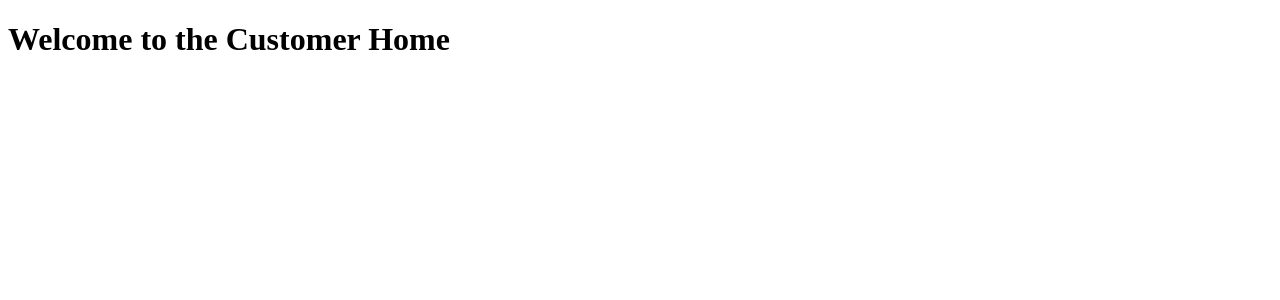
Repository: NguyenHuy-lang/RestaurantMicroserviceFrontEnd
Page: food.html
These files come from the project's save history. The page is drawn as it stood at one moment and after the next save; the edit follows.
The browser window is 1280 px wide. The pictures show the whole page.
The page's requests for data from a server got no answer.

Above is the page before, as saved 2023-06-08 06:49:48.

### food.html
<!DOCTYPE html>
<html>
<head>
  <title>Customer Home</title>
</head>
<body>
  <h1>Welcome to the Customer Home</h1>

  <div id="food-container"></div>

  <script>
    fetch('http://localhost:8082/api/v1/foods')
      .then(response => response.json())
      .then(foods => {
        const tableContainer = document.getElementById('food-container');
        const table = document.createElement('table');
        const tableHead = document.createElement('thead');
        const tableBody = document.createElement('tbody');

        const headerRow = document.createElement('tr');
        const headers = ['ID', 'Name', 'Price', 'Quantity', 'Actions'];
        headers.forEach(header => {
          const th = document.createElement('th');
          th.textContent = header;
          headerRow.appendChild(th);
        });
        tableHead.appendChild(headerRow);
        table.appendChild(tableHead);

        foods.forEach(food => {
          const row = document.createElement('tr');

          const idCell = document.createElement('td');
          idCell.textContent = food.id;
          row.appendChild(idCell);

          const nameCell = document.createElement('td');
          nameCell.textContent = food.name;
          row.appendChild(nameCell);

          const priceCell = document.createElement('td');
          priceCell.textContent = food.price;
          row.appendChild(priceCell);

          const quantityCell = document.createElement('td');
          const quantityInput = document.createElement('input');
          quantityInput.type = 'number';
          quantityInput.value = 0;
          quantityCell.appendChild(quantityInput);
          row.appendChild(quantityCell);

          const actionsCell = document.createElement('td');
          const addToTableBtn = document.createElement('button');
          addToTableBtn.textContent = 'Add to Table';
          addToTableBtn.addEventListener('click', function() {
            const quantity = parseInt(quantityInput.value);
            if (quantity > 0) {
              addFoodToTable(food, quantity);
            }
          });
          actionsCell.appendChild(addToTableBtn);
          row.appendChild(actionsCell);

          tableBody.appendChild(row);
        });

        table.appendChild(tableBody);
        tableContainer.appendChild(table);
      })
      .catch(error => {
        console.log('Error:', error);
      });

    function addFoodToTable(food, quantity) {
      // Implement the logic to add the selected food with quantity to the table
      console.log('Food added to table:', food, 'Quantity:', quantity);
    }
  </script>
</body>
</html>

After the next save:
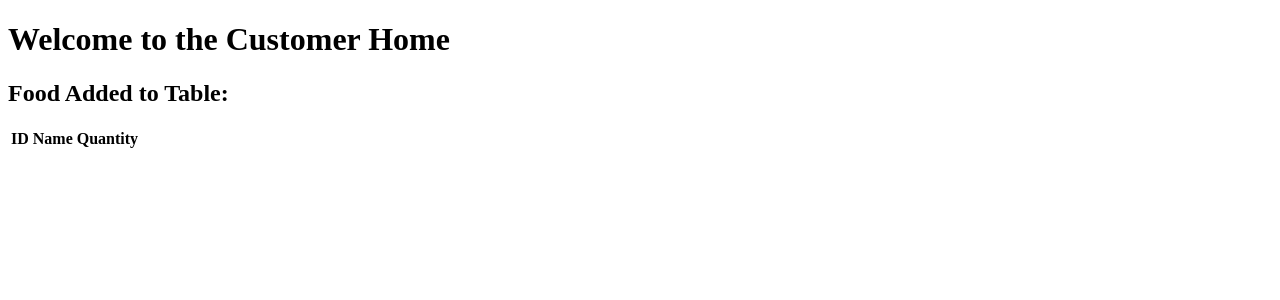
Saved 20 s later.
--- a/food.html
+++ b/food.html
@@ -8,7 +8,24 @@
 
   <div id="food-container"></div>
 
+  <h2>Food Added to Table:</h2>
+  <table id="added-foods-table">
+    <thead>
+      <tr>
+        <th>ID</th>
+        <th>Name</th>
+        <th>Quantity</th>
+      </tr>
+    </thead>
+    <tbody id="added-foods-body">
+    </tbody>
+  </table>
+
   <script>
+    const apiUrl = "http://localhost:8083/api/v1/bookings/{bookingId}/tables/{foodId}/foods/{foodId}";
+    const token = localStorage.getItem("accessToken");
+    const addedFoods = [];
+
     fetch('http://localhost:8082/api/v1/foods')
       .then(response => response.json())
       .then(foods => {
@@ -55,7 +72,7 @@
           addToTableBtn.addEventListener('click', function() {
             const quantity = parseInt(quantityInput.value);
             if (quantity > 0) {
-              addFoodToTable(food, quantity);
+              addFoodToTable(food.id, quantity);
             }
           });
           actionsCell.appendChild(addToTableBtn);
@@ -71,9 +88,55 @@
         console.log('Error:', error);
       });
 
-    function addFoodToTable(food, quantity) {
-      // Implement the logic to add the selected food with quantity to the table
-      console.log('Food added to table:', food, 'Quantity:', quantity);
+    function addFoodToTable(foodId, quantity) {
+      const bookingId = localStorage.getItem("bookingSelected");
+      const body = {
+        quantity: quantity
+      };
+
+      fetch(apiUrl.replace('{bookingId}', bookingId).replace('{foodId}', foodId), {
+        method: 'POST',
+        headers: {
+          'Content-Type': 'application/json',
+          'Authorization': 'Bearer ' + token
+        },
+        body: JSON.stringify(body)
+      })
+        .then(response => response.json())
+        .then(data => {
+          console.log('Food added to table:', data);
+          addedFoods.push(data);
+          updateAddedFoodsDisplay();
+          // Perform any necessary actions or update the UI accordingly
+        })
+        .catch(error => {
+          console.log('Error:', error);
+          // Handle the error scenario
+        });
+    }
+
+    function updateAddedFoodsDisplay() {
+      const addedFoodsTable = document.getElementById('added-foods-table');
+      const addedFoodsBody = document.getElementById('added-foods-body');
+      addedFoodsBody.innerHTML = '';
+
+      addedFoods.forEach(food => {
+        const row = document.createElement('tr');
+
+        const idCell = document.createElement('td');
+        idCell.textContent = food.id;
+        row.appendChild(idCell);
+
+        const nameCell = document.createElement('td');
+        nameCell.textContent = food.name;
+        row.appendChild(nameCell);
+
+        const quantityCell = document.createElement('td');
+        quantityCell.textContent = food.quantity;
+        row.appendChild(quantityCell);
+
+        addedFoodsBody.appendChild(row);
+      });
     }
   </script>
 </body>
